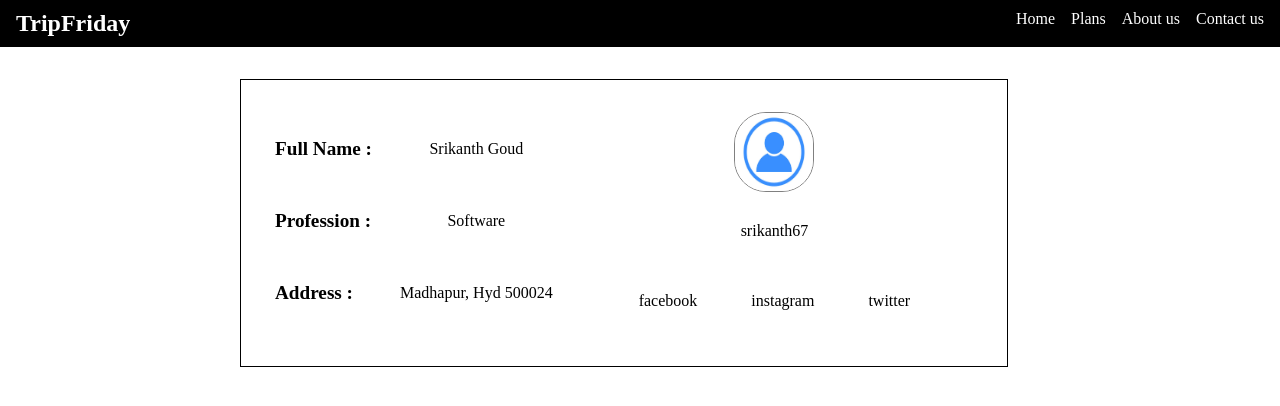
Repository: suraj-yadav7/userprofile
Page: /userdetails
The author's editor kept a copy of each file at every save. The page is drawn from the files as they stood at one save, then again after the next save.
The browser window is 1280 px wide. The pictures show the whole page.
The project was rebuilt for these pictures with package versions that can differ from the ones it lists, and the page was loaded fresh each time. Also part of the build but not shown: src/components/UserProfile.jsx.

Above is the page before, as saved 2023-05-04 15:23:03.

After the next save:
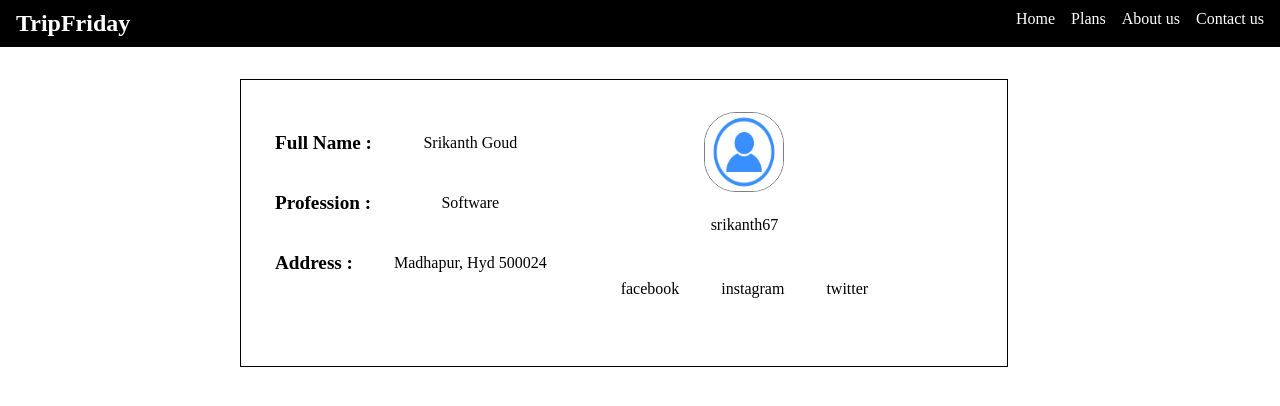
Saved 8 s later.
--- a/src/assests/userProfile.scss
+++ b/src/assests/userProfile.scss
@@ -16,7 +16,7 @@ background-color:cornsilk;
 }
 .fetchList,p,button{
     padding: 10px;
-    margin: 1rem;
+    margin: 10px;
     text-align: center;
 
     >p{
